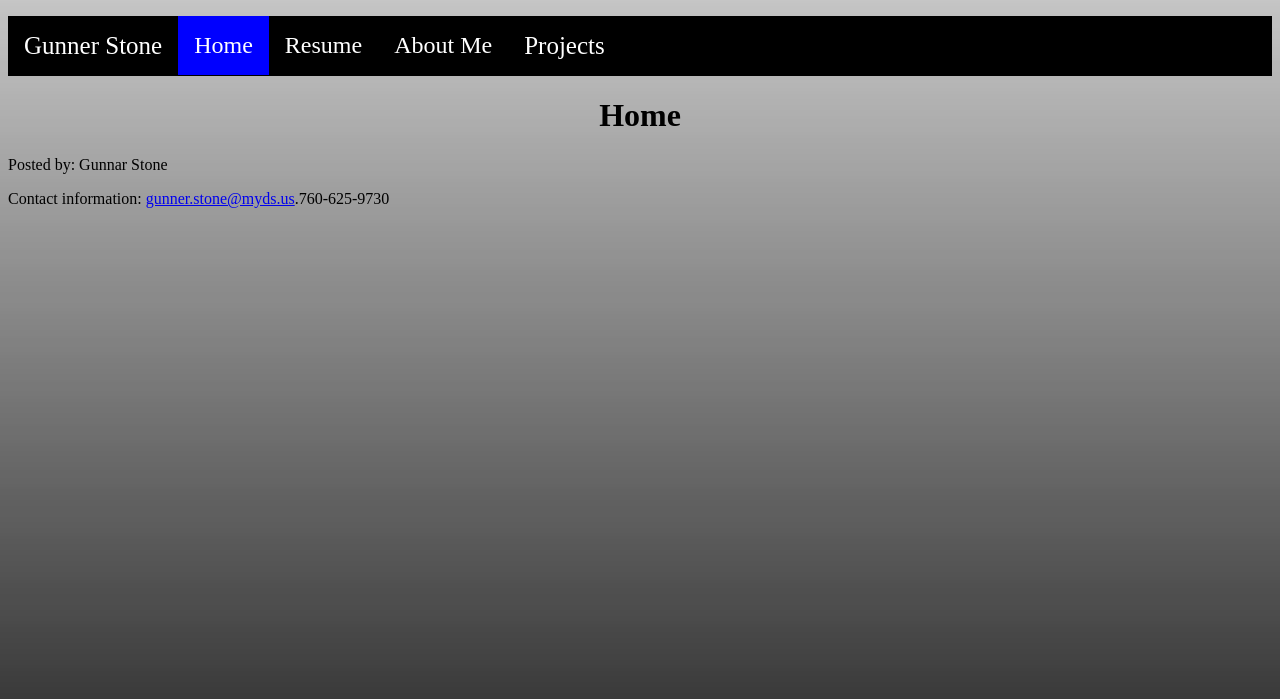
Repository: GunnarStone/GunnarStone.github.io
Page: index.html
The author's editor kept a record of every edit. The page is drawn from the files as they stood at one moment, then again after the next edit.
The browser window is 1280 px wide. The pictures show the whole page.

Above is the page before.

After the next edit:
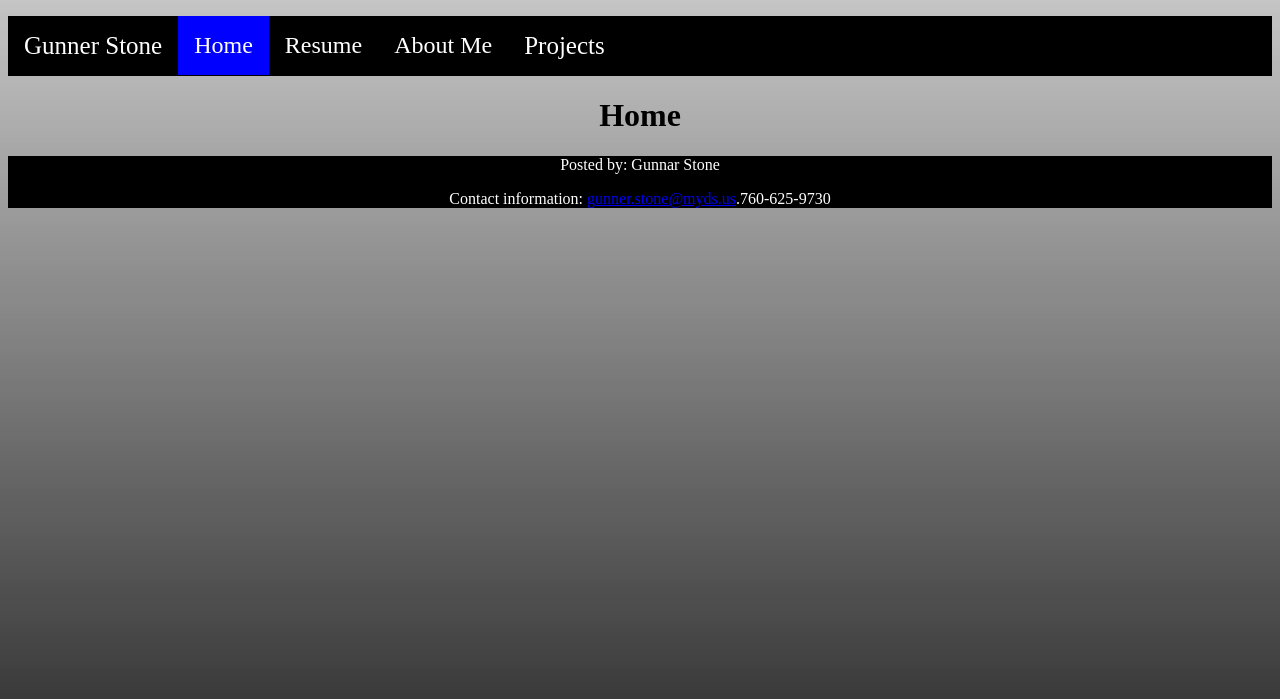
The edit:
--- a/index.html
+++ b/index.html
@@ -25,7 +25,7 @@
 
 
 </script>
-<footer>
+<footer id="footerColor"class="center">
   <p>Posted by: Gunnar Stone</p>
   <p>Contact information: <a href="gunner.stone@myds.us">
   gunner.stone@myds.us</a>.760-625-9730</p>
